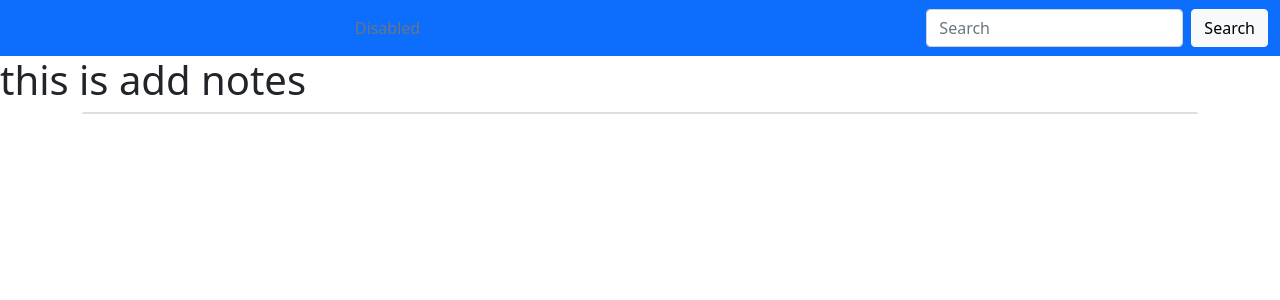
Repository: Shubham-Kumar-cmd/Hibernate
Page: http://localhost/NoteTakerApp/addNotes.jsp
These files come from the project's save history. The page is drawn as it stood at one moment and after the next save; the edit follows.
The browser window is 1280 px wide. The pictures show the whole page.
The page is served by Tomcat 9.

Above is the page before, as saved 2023-02-07 09:39:23.

After the next save:
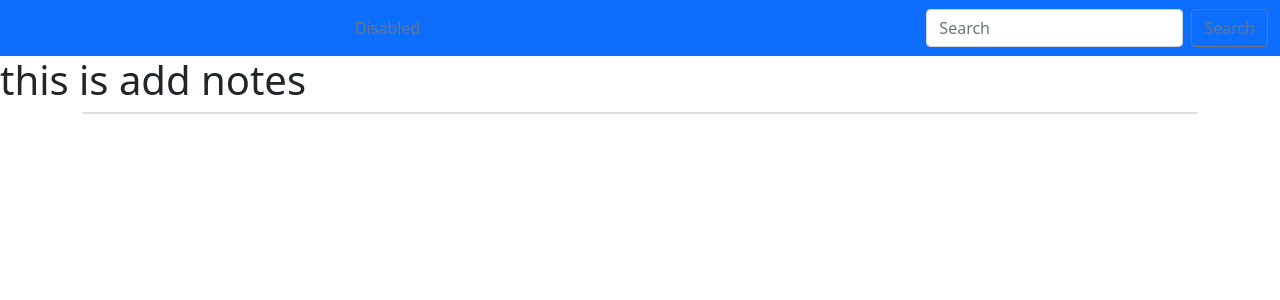
Saved 44 s later.
--- a/NoteTakerApp/src/main/webapp/header.jsp
+++ b/NoteTakerApp/src/main/webapp/header.jsp
@@ -28,7 +28,7 @@
 				<form class="d-flex">
 					<input class="form-control me-2" type="search" placeholder="Search"
 						aria-label="Search">
-					<button class="btn btn-light" type="submit">Search</button>
+					<button class="btn btn-outline-secondary" type="submit">Search</button>
 				</form>
 			</div>
 		</div>
